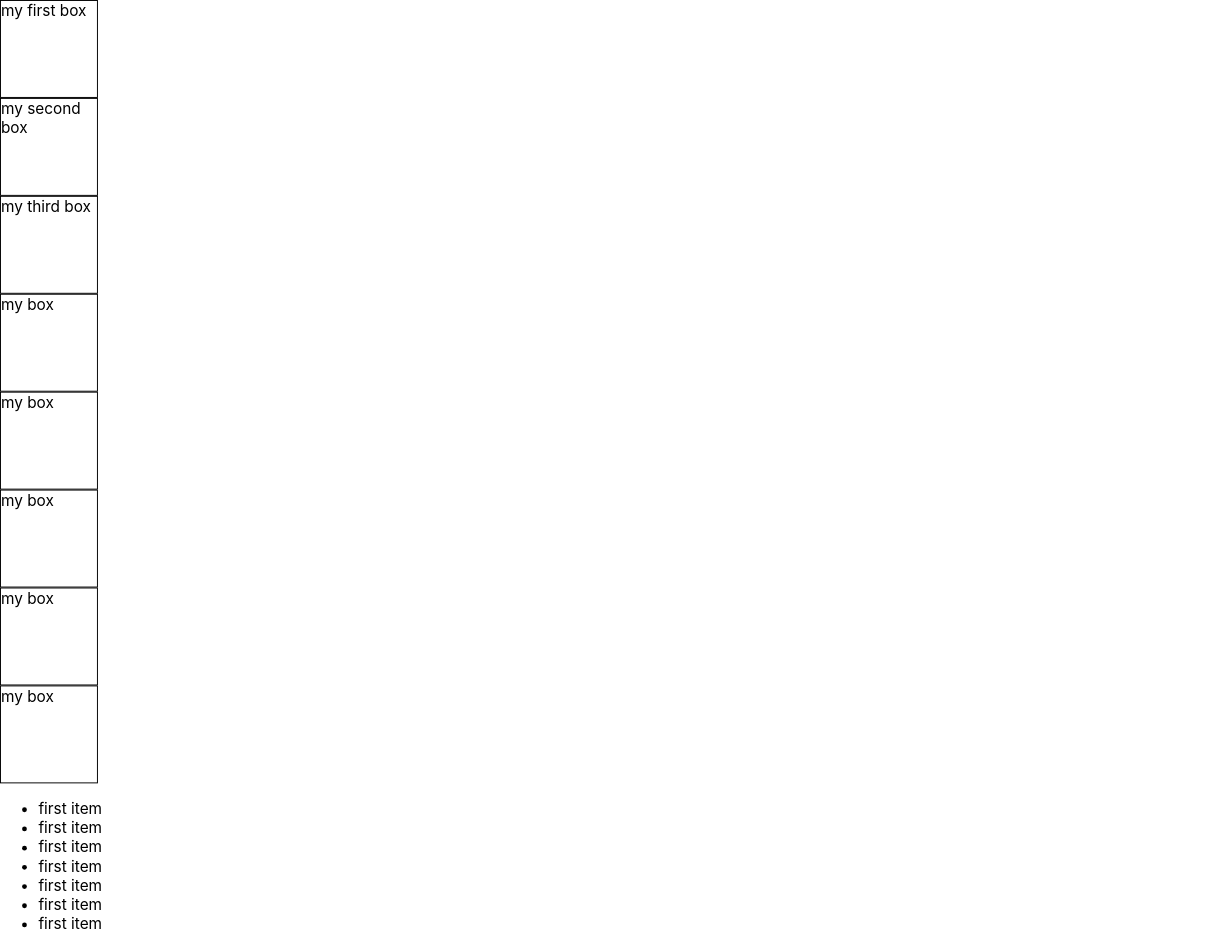
Repository: tts2610/React-Intro
Page: /
An editor plug-in stored every save of this project. The page is shown before and after the next save, followed by the edit.
The browser window is 1280 px wide. The pictures show the whole page, at 96% of full size.
The project was rebuilt for these pictures with package versions that can differ from the ones it lists, and the page was loaded fresh each time.

Above is the page before, as saved 2020-05-25 11:36:09.

### src/App.js
import React from 'react';
import './App.css';
import Box from './components/Box';
import List from './components/List';

function App() {
  return (
    <div>
      <Box name="first" color="red"/>
      <Box name="second" color="green"/>
      <Box name="third" color="blue"/>
      <Box/>
      <Box/>
      <Box/>
      <Box/>
      <Box/>

      <ul>
        <List/>
        <List/>
        <List/>
        <List/>
        <List/>
        <List/>
        <List/>
      </ul>
    </div>
  );
}

export default App;

### src/App.css
.App {
    text-align: center;
}

.App-logo {
    height: 40vmin;
    pointer-events: none;
}

@media (prefers-reduced-motion: no-preference) {
    .App-logo {
        animation: App-logo-spin infinite 20s linear;
    }
}

.App-header {
    background-color: #282c34;
    min-height: 100vh;
    display: flex;
    flex-direction: column;
    align-items: center;
    justify-content: center;
    font-size: calc(10px + 2vmin);
    color: white;
}

.App-link {
    color: #61dafb;
}

@keyframes App-logo-spin {
    from {
        transform: rotate(0deg);
    }
    to {
        transform: rotate(360deg);
    }
}

.box {
    width: 100px;
    height: 100px;
    border: 1px solid;
}

### src/components/Box.js
import React from 'react'

export default function Box(props) {
    return (
        <div className={`box ${props.color}`}>
            my {props.name} box
        </div>
    )
}

### src/components/List.js
import React from 'react'

export default function List() {
    return (

            <li>
                first item
            </li>


    )
}

Loaded but not shown: public/index.html (common file); src/index.js (common file); src/index.css (common file); src/serviceWorker.js (common file)

After the next save:
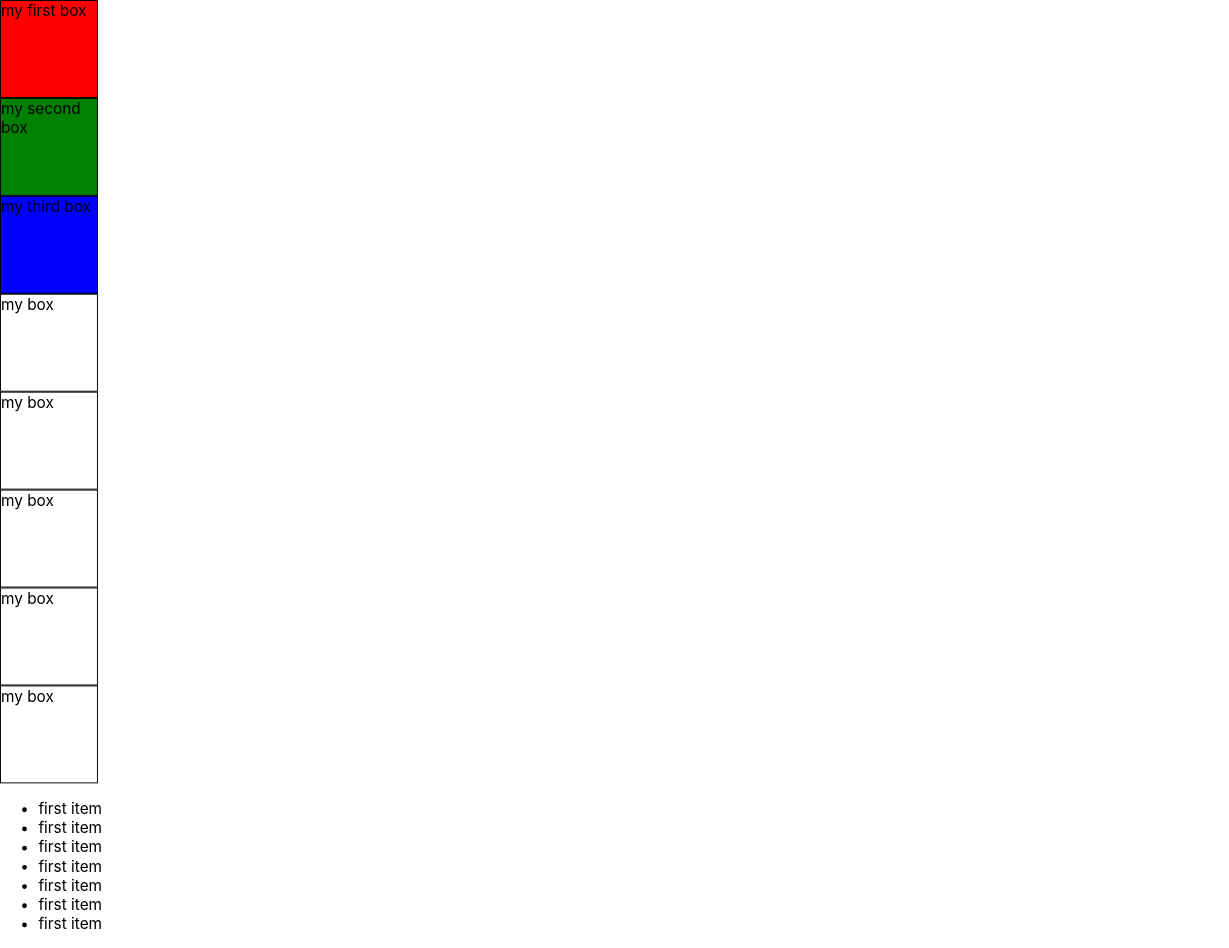
Saved 49 s later.
--- a/src/App.css
+++ b/src/App.css
@@ -42,3 +42,15 @@
     height: 100px;
     border: 1px solid;
 }
+
+.red {
+    background-color: red;
+}
+
+.blue {
+    background-color: blue;
+}
+
+.green {
+    background-color: green;
+}
